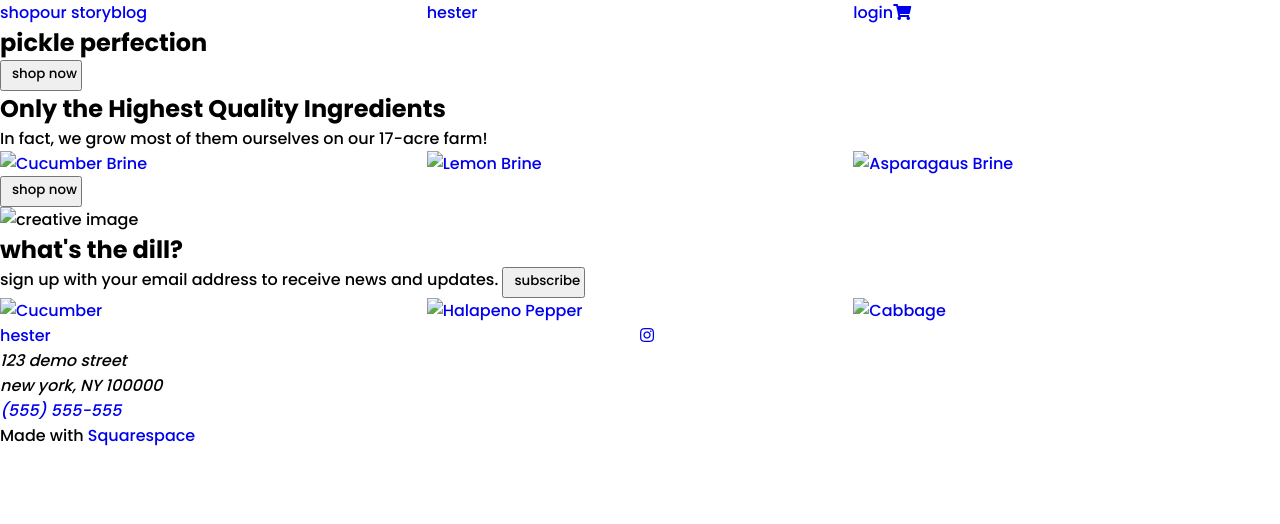
Repository: latenightsnacc/HTML-LESSONS
Page: WEB-DESIGN-2/PROJECTS/hester-p4/index.html
The author's editor kept a copy of each file at every save. The page is drawn from the files as they stood at one save, then again after the next save.
The browser window is 1280 px wide. The pictures show the whole page.
Some web libraries are served in a nearby version.

Above is the page before, as saved 2021-07-19 11:57:19.

After the next save:
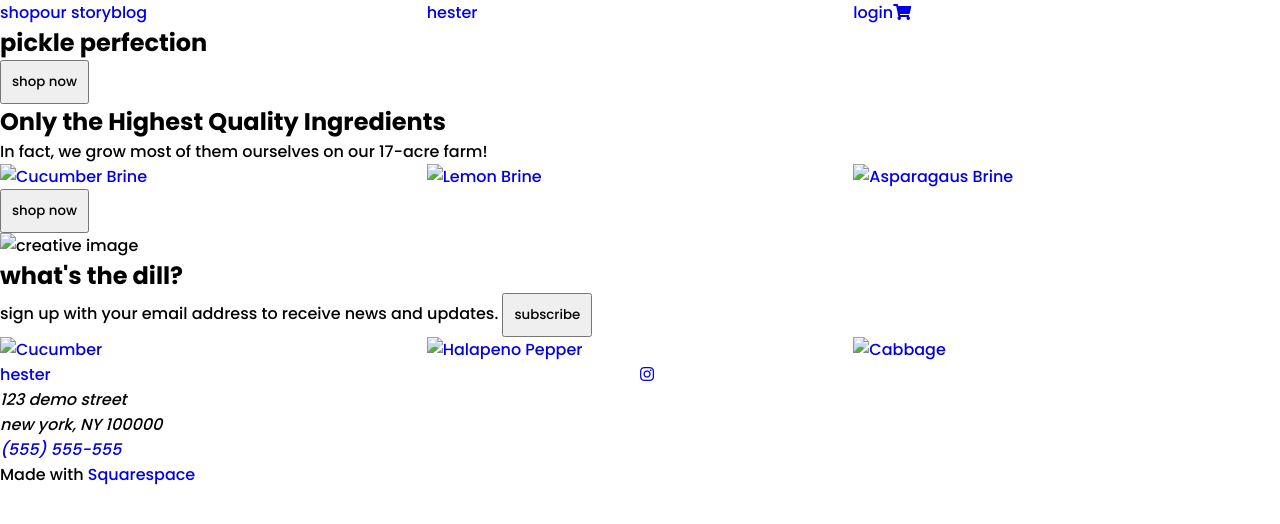
Saved 20 s later.
--- a/WEB-DESIGN-2/PROJECTS/hester-p4/stylesheets/stylesheet.css
+++ b/WEB-DESIGN-2/PROJECTS/hester-p4/stylesheets/stylesheet.css
@@ -22,5 +22,5 @@
 }
 
 .btn {
-   padding: 2px 3px 5px 10px;
+   padding: 10px;
 }
